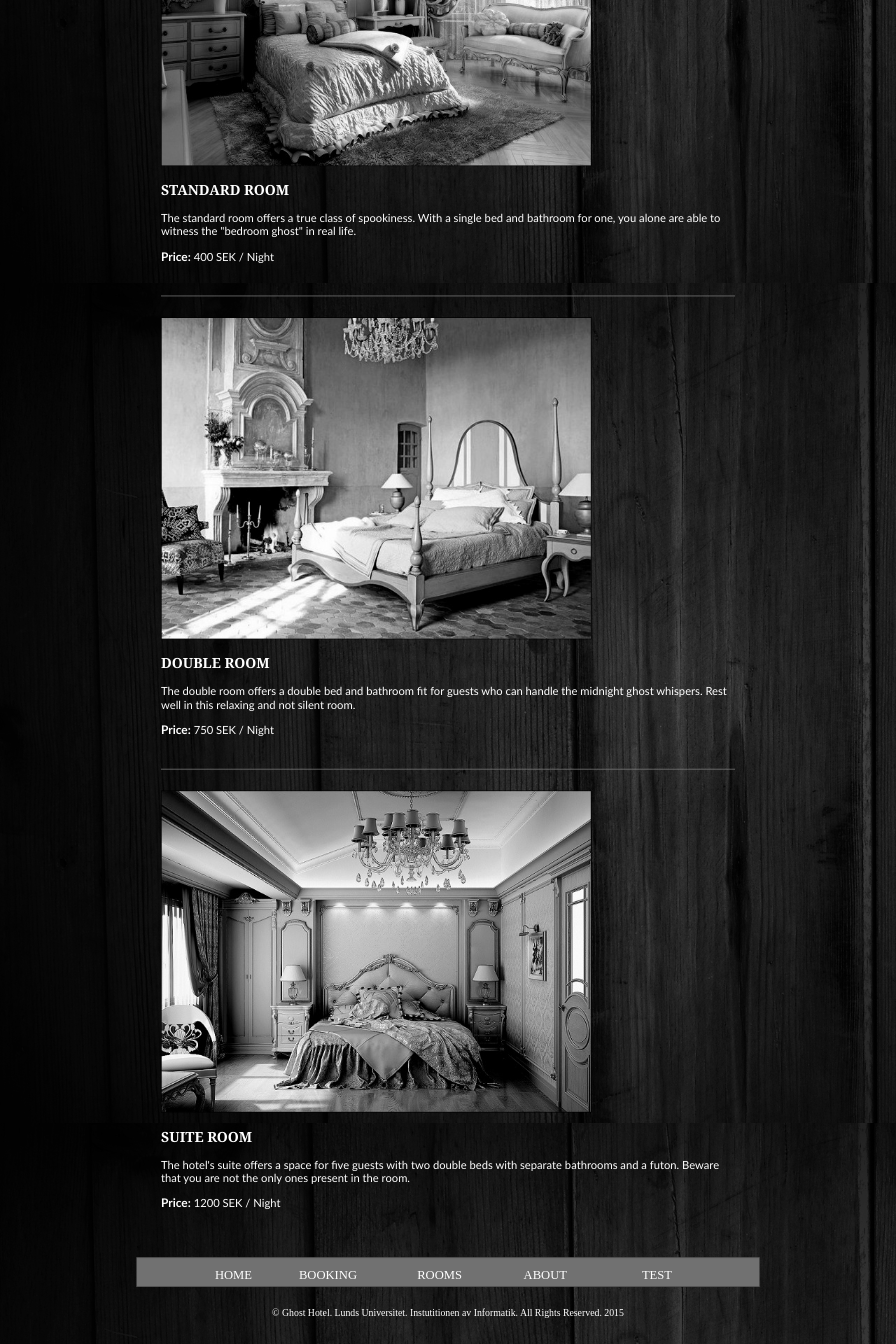
Repository: shelleylv/planb
Page: Client2/WebContent/Rooms.html
These files come from the project's save history. The page is drawn as it stood at one moment and after the next save; the edit follows.
The browser window is 1280 px wide. The pictures show the part of the page from y = 796 to 2716 px (the page is 2716 px tall before and 2710 px after), at 70% of full size.
Backgrounds fixed to the window are drawn as part of the page.

Above is the page before, as saved 2015-04-05 19:36:35.

After the next save:
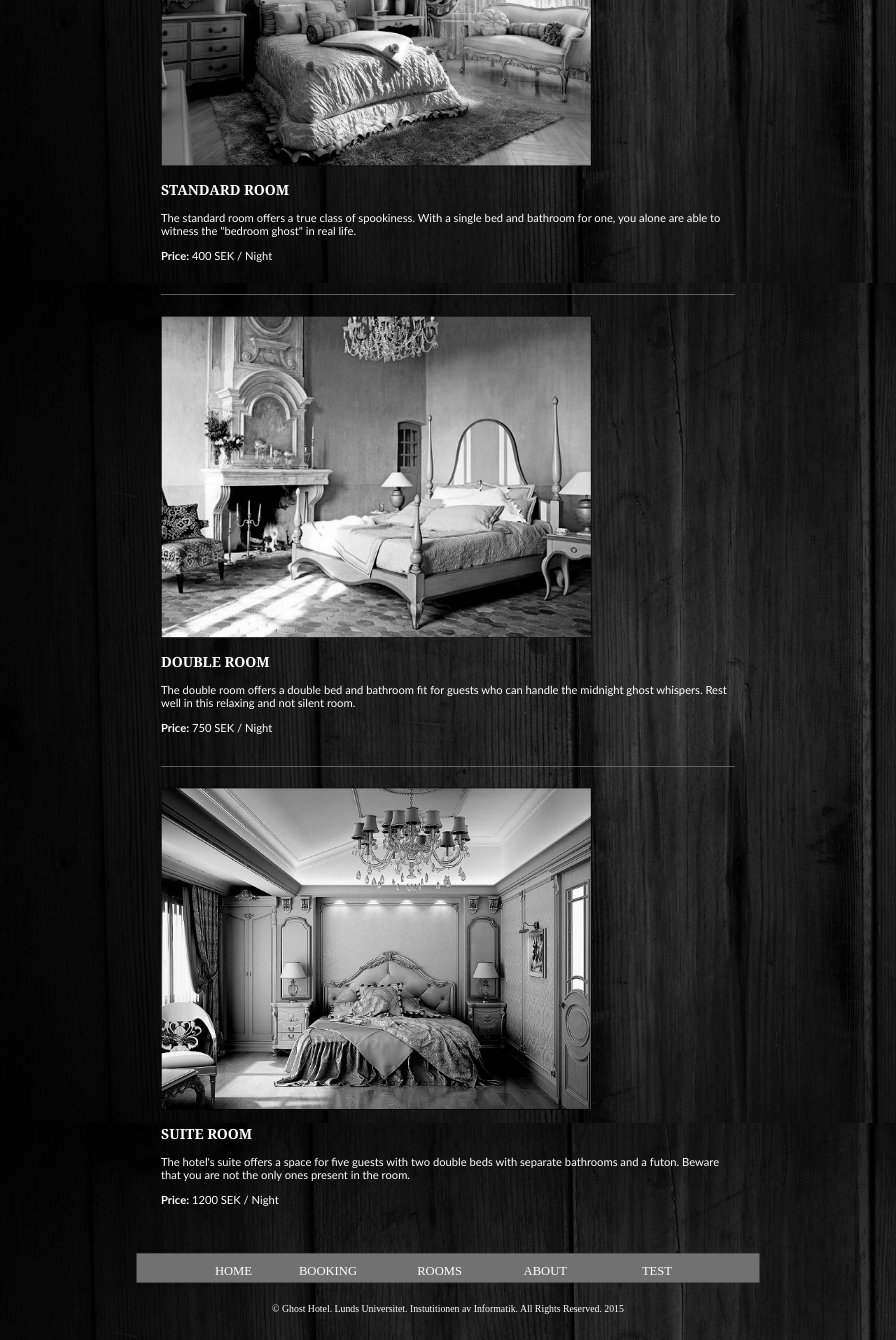
Saved 10 s later.
--- a/Client2/WebContent/css/style.css
+++ b/Client2/WebContent/css/style.css
@@ -301,7 +301,7 @@
 #rooms span{
 	color: white;
 	font-family: Trebuchet MS;
-	font-size: 17px;
+	font-size: 16px;
 	font-weight: bold;
 }
 
